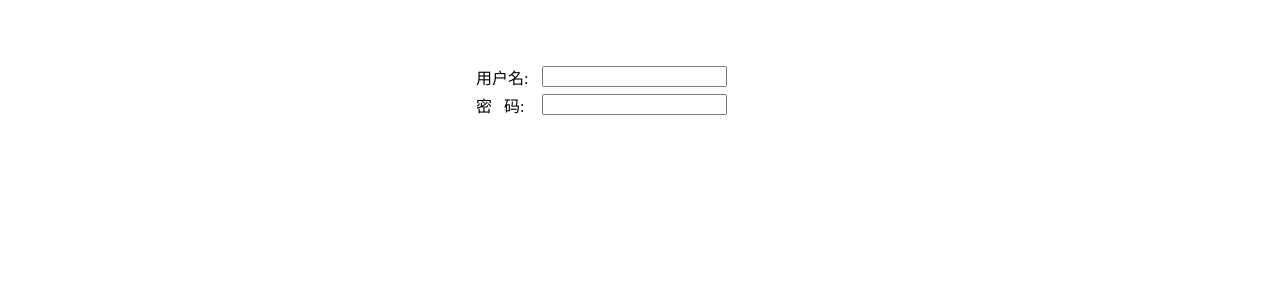
Repository: frankstar007/java
Page: http://localhost/CommentBoard/
An editor plug-in stored every save of this project. The page is shown before and after the next save, followed by the edit.
The browser window is 1280 px wide. The pictures show the whole page.
The page is served by Tomcat 9. Other server files are loaded and not shown.

Above is the page before, as saved 2016-05-16 02:40:59.

### CommentBoard/WebContent/index.jsp
<%@ page language="java" contentType="text/html; charset=UTF-8"
    pageEncoding="UTF-8"%>
<!DOCTYPE html PUBLIC "-//W3C//DTD HTML 4.01 Transitional//EN" "http://www.w3.org/TR/html4/loose.dtd">
<html>
<head>
<meta http-equiv="Content-Type" content="text/html; charset=UTF-8">
<title>Session对象的应用</title>
</head>
<script language="javascript" type="text/javascript">
	function MyCheck() {
		if (form.account.value == "") {
			alert("请输入用户名：");
			form.account.focus();
			return false;
		}
		if (form.password.value == "") {
			alert("请输入密码：");
			form.password.focus();
			return false;
		}
		form.submit();
  }
</script>
<body>
	<table width="334" height="171" border="0" align="center" cellpadding="0" cellspacing="0">
		<tr>
			<td><br>
			<form name="form" method="post" action="dealwith.jsp?method=0" onSubmit="return MyCheck()">
				<table>
					<tr>
					<td width="62" height="20">用户名:</td>
					<td width="172">
					<input name="account" type="text" id="account">
					</td>
					</tr>
					<tr>
					<td height="20">密&nbsp;&nbsp;&nbsp;码:</td>
					<td><input name="password" type="password" id="password"></td>
					</tr>
					<tr>
					<td height="20" colspan="2">
						<div align="center"></div>
				</table>
			</form>
	</table>
</body>
</html>

After the next save:
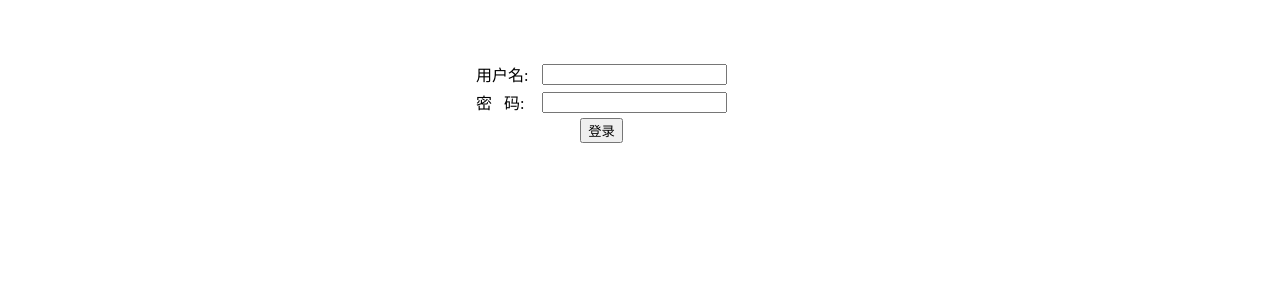
Saved 34 s later.
--- a/CommentBoard/WebContent/index.jsp
+++ b/CommentBoard/WebContent/index.jsp
@@ -39,7 +39,9 @@
 					</tr>
 					<tr>
 					<td height="20" colspan="2">
-						<div align="center"></div>
+						<div align="center">
+							<input type="submit" name="Submit" value="登录"
+						</div>
 				</table>
 			</form>
 	</table>
